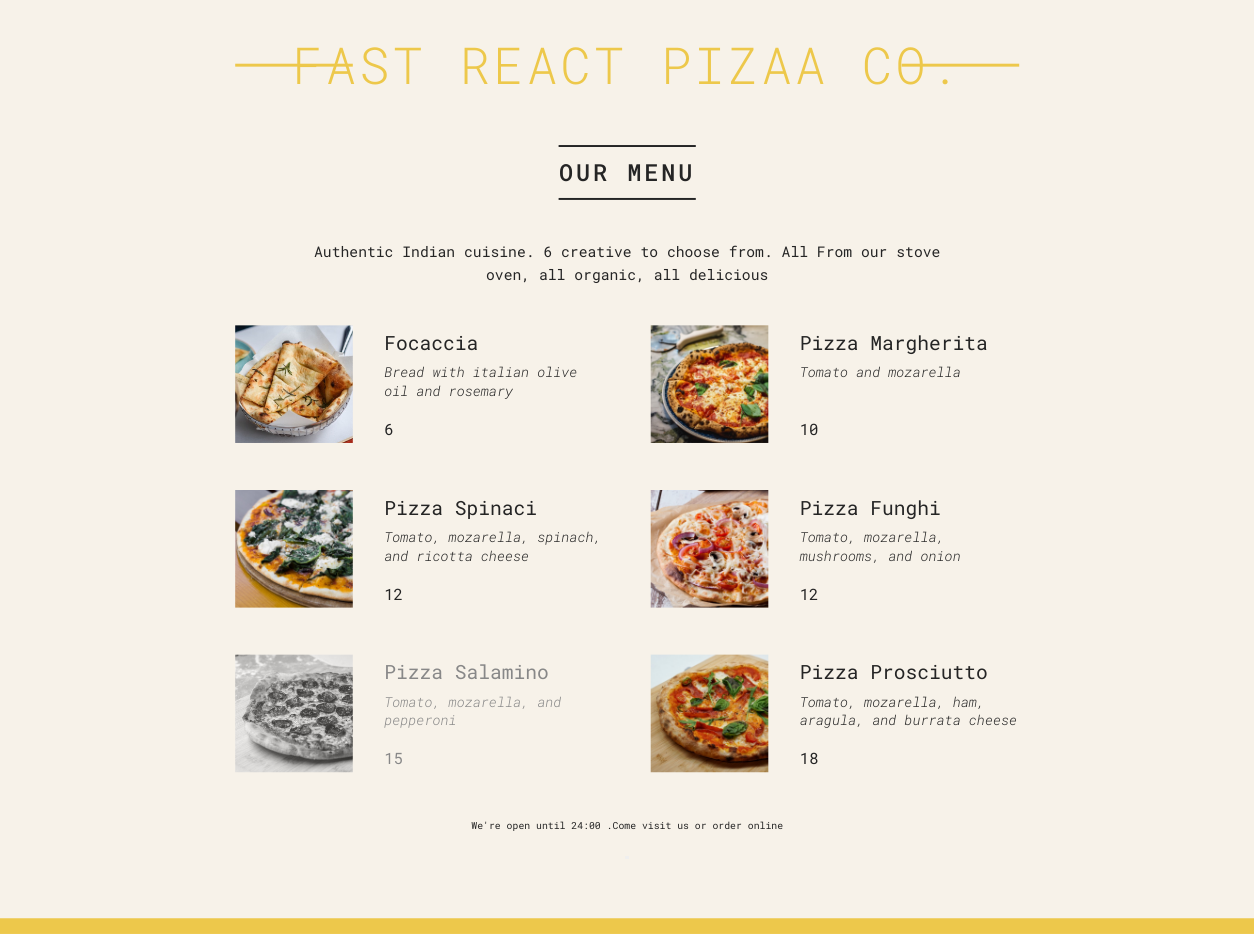
Repository: balaji-ummadisetty/reactPropsPractice
Page: /
An editor plug-in stored every save of this project. The page is shown before and after a run of saves, followed by the edit.
The browser window is 1280 px wide. The pictures show the whole page, at 98% of full size.
The project was rebuilt for these pictures with package versions that can differ from the ones it lists, and the page was loaded fresh each time. Also part of the build but not shown: vite.config.js.

Above is the page before, as saved 2024-05-08 23:35:44.

After the next 3 saves:
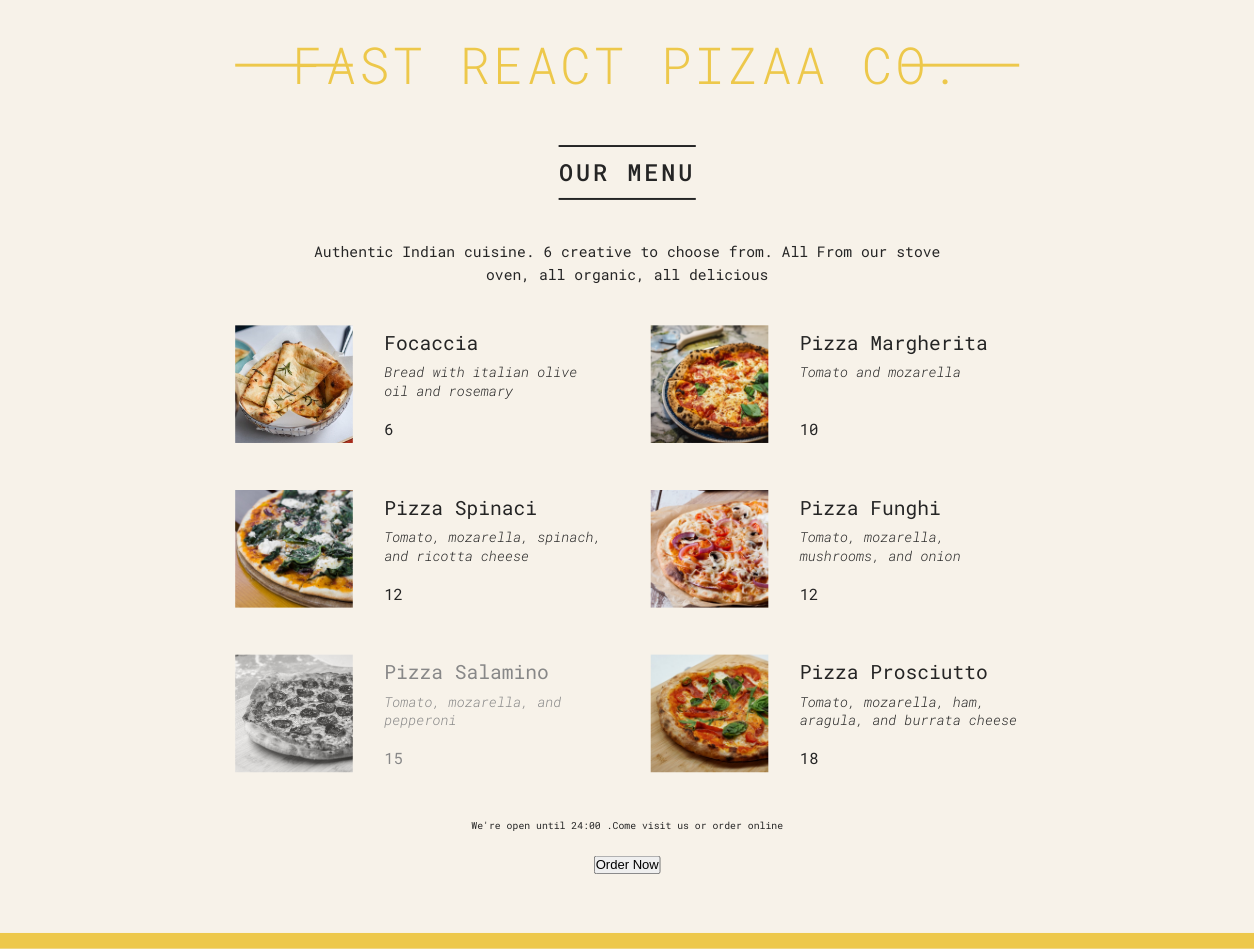
The 3 saves are shown as one change because they came seconds apart.
The last was saved 11 s later.
--- a/src/App.jsx
+++ b/src/App.jsx
@@ -53,7 +53,7 @@ const Footer = () => {
         <footer className='footers'>
             <div className='order'>
                 <p>We're open until {closeHour}:00 .Come visit us or order online</p>
-                <button></button>
+                <button>Order Now</button>
                 </div>
             </footer>
     );
